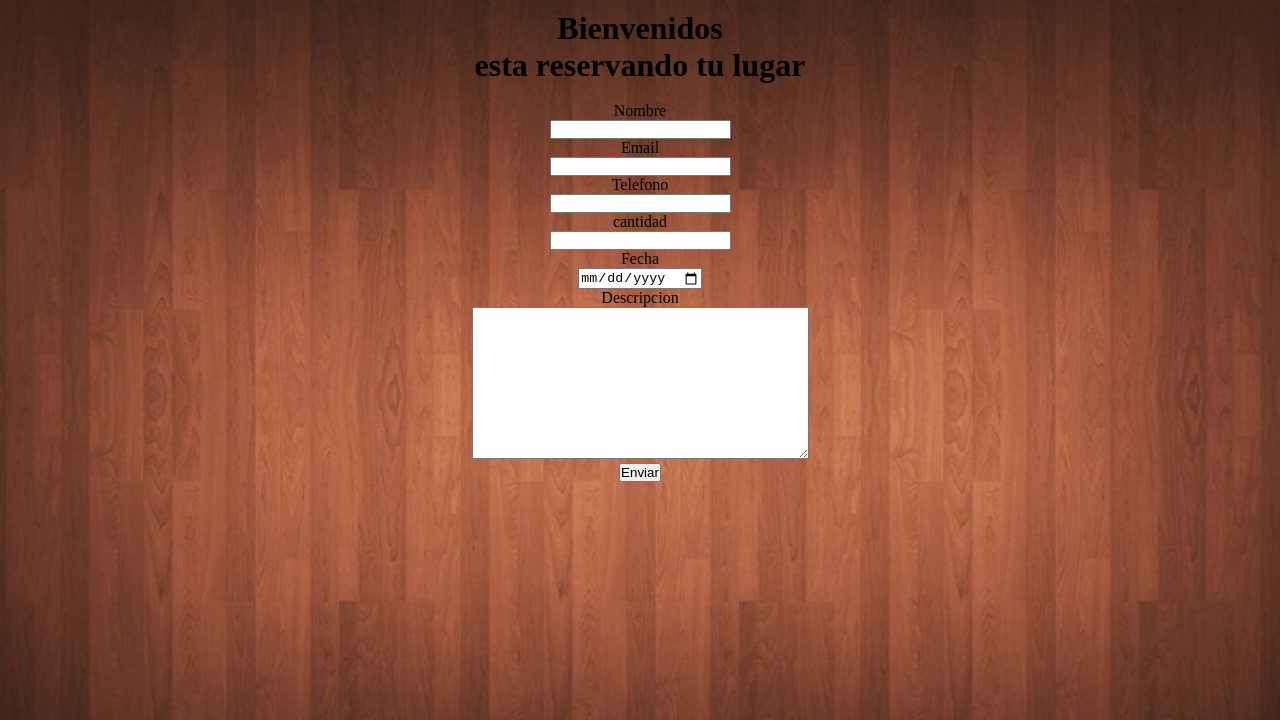
Repository: ye909/aplicacion_restaurante
Page: public/templeis/reserva.html
These files come from the project's save history. The page is drawn as it stood at one moment and after the next save; the edit follows.
The browser window is 1280 px wide. The pictures show the whole page.

Above is the page before, as saved 2024-10-30 22:40:42.

After the next save:
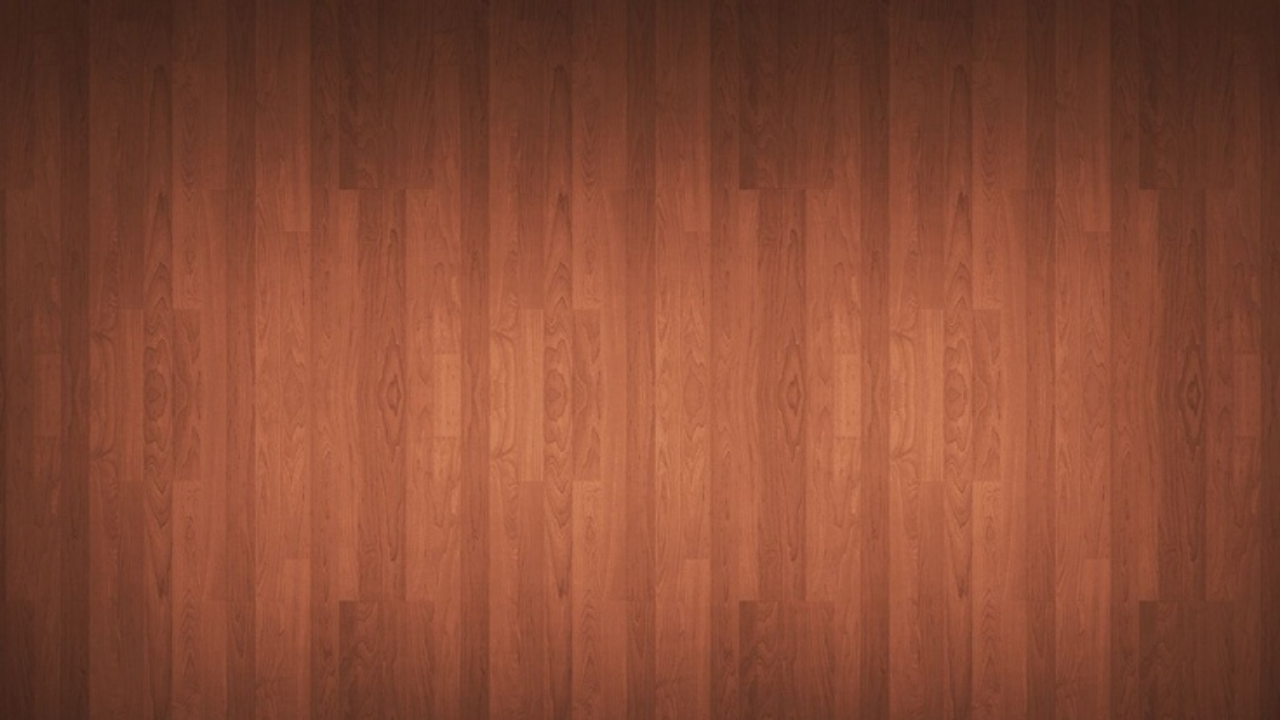
Saved 61 s later.
--- a/public/css/reserva.css
+++ b/public/css/reserva.css
@@ -10,6 +10,15 @@
     box-sizing:border-box;
     background-attachment: fixed;
     background-size:100%;
+}
+.container {
+  margin-top: 20px;
+  width: 30%;
+  background-color: white;
+  padding: 20px;
+  border-radius: 8px;
+  background:rgba(14, 13, 13,0.3);
+  display: none;
 }
 .container_rererva{
   text-align: center;
@@ -24,15 +33,7 @@
     flex-wrap: wrap;
     margin-right: 20px;
     } */
-  /* .container {
-    margin-top: 20px;
-    width: 30%;
-    background-color: white;
-    padding: 20px;
-    border-radius: 8px;
-    background:rgba(14, 13, 13,0.3);
-    display: none;
-  }
+  /*
   .title {
     text-align: center;
     font-size: 24px;
